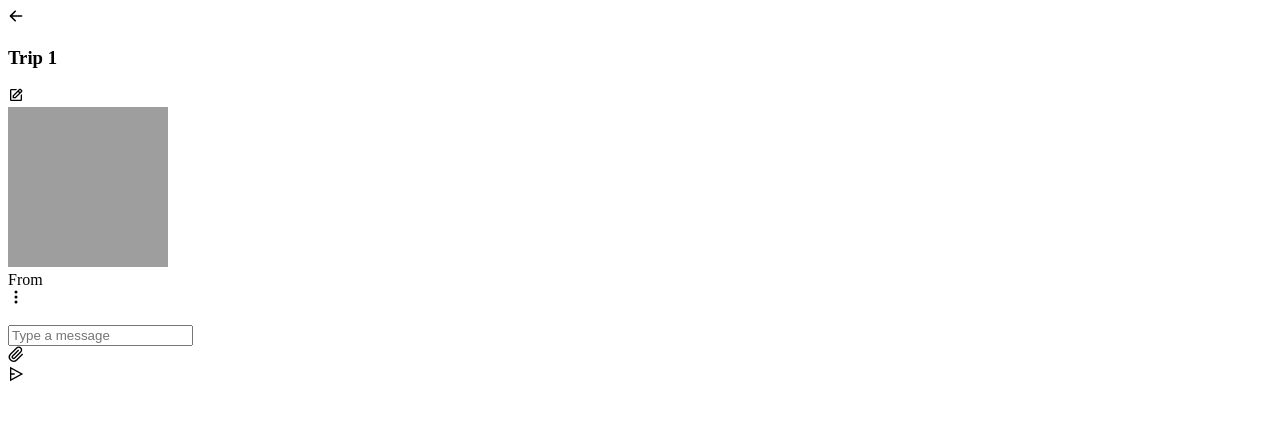
Repository: Abhi2359/PWA_Corider
Page: /
These files come from the project's save history. The page is drawn as it stood at one moment and after the next save; the edit follows.
The browser window is 1280 px wide. The pictures show the whole page.
Pictures or frames that could not be fetched are drawn as grey boxes. The page's requests for data from a server got no answer. The project was rebuilt for these pictures with package versions that can differ from the ones it lists, and the page was loaded fresh each time. No one was signed in, and anything a server would have sent is missing. Also part of the build but not shown: vite.config.js, src/chatInput/Chat.css, src/chatInput/Chat.jsx, src/chatInput/ChatInput.css.

Above is the page before, as saved 2023-05-14 10:18:43.

After the next save:
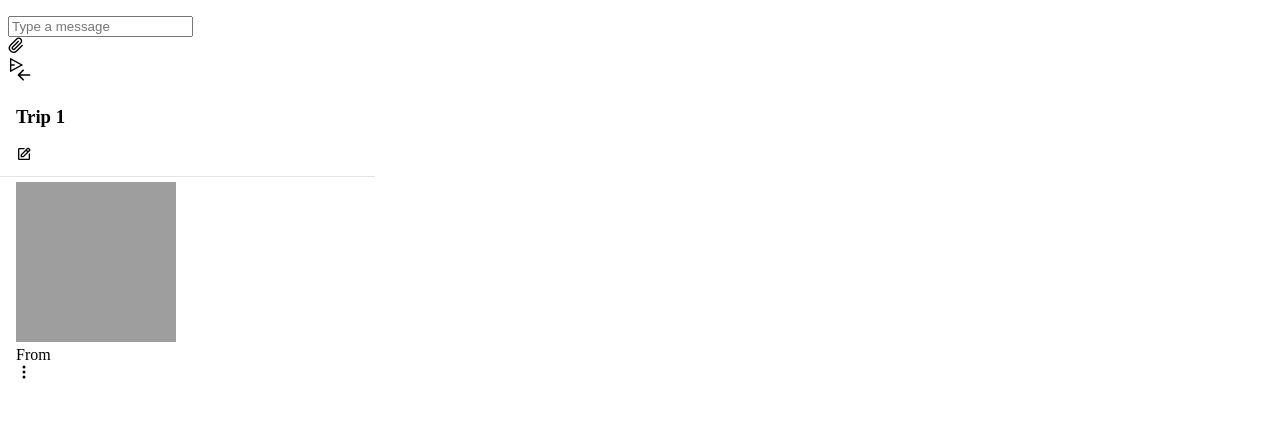
Saved 62 s later.
--- a/src/Header/Header.css
+++ b/src/Header/Header.css
@@ -1,3 +1,19 @@
 .header{
+    box-sizing: border-box;
 
+    /* Auto layout */
+
+    display: flex;
+    flex-direction: column;
+    align-items: flex-start;
+    padding: 20px 16px 16px;
+    gap: 16px;
+
+    position: absolute;
+    width: 375px;
+    height: 130px;
+    left: 0px;
+    top: 47px;
+
+    border-bottom: 1px solid #E5E5E0;
 }

After the save that followed:
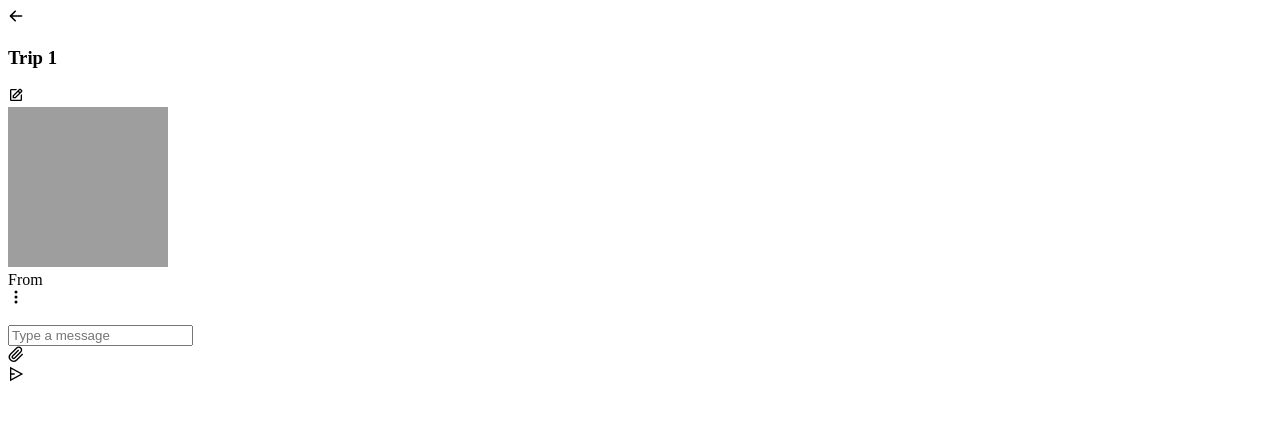
Saved 63 s later.
--- a/src/Header/Header.jsx
+++ b/src/Header/Header.jsx
@@ -2,7 +2,7 @@ import React from "react";
 import { HiArrowLeft } from "react-icons/hi";
 import { BiEdit } from "react-icons/bi";
 import { BsThreeDotsVertical } from "react-icons/bs";
-import styles from "Header.css"
+import styles from "Header.css?inline"
 const Header = ({ from, to }) => {
   return (
     <>
